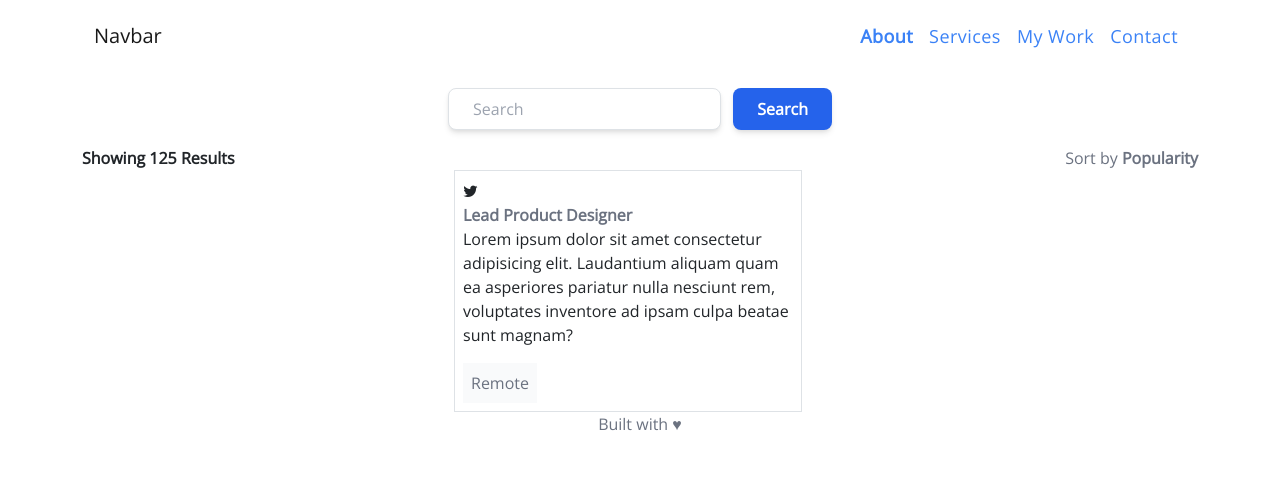
Repository: latenightsnacc/giggles
Page: HTML/search.html
An editor plug-in stored every save of this project. The page is shown before and after the next save, followed by the edit.
The browser window is 1280 px wide. The pictures show the whole page.
Some web libraries are served in a nearby version.

Above is the page before, as saved 2021-01-04 11:57:41.

### HTML/search.html
<!DOCTYPE html>
<html lang="en">
<head>
    <meta charset="UTF-8">
    <meta name="viewport" content="width=device-width, initial-scale=1.0">
    <link href="https://cdnjs.cloudflare.com/ajax/libs/tailwindcss/2.0.2/tailwind.min.css" rel="stylesheet">
    <link rel="stylesheet" href="https://stackpath.bootstrapcdn.com/font-awesome/4.7.0/css/font-awesome.min.css" />
    <link href="https://cdn.jsdelivr.net/npm/bootstrap@5.0.0-beta1/dist/css/bootstrap.min.css" rel="stylesheet" integrity="sha384-giJF6kkoqNQ00vy+HMDP7azOuL0xtbfIcaT9wjKHr8RbDVddVHyTfAAsrekwKmP1" crossorigin="anonymous">
    <link rel="stylesheet" href="stylesheet.css">
    <title>Search Page</title>
</head>
<body class="overflow-x-hidden">
    <!--Navigation-->
    <header class="container">
        <nav class="navbar navbar-expand-lg navbar-light bg-white py-3">
            <div class="container-fluid">
                <a class="navbar-brand" href="search.html">Navbar</a>
                <button class="navbar-toggler" type="button" data-bs-toggle="collapse" data-bs-target="#navbarNavDropdown" aria-controls="navbarNavDropdown" aria-expanded="false" aria-label="Toggle navigation">
                    <span class="navbar-toggler-icon"></span>
                </button>
                <div class="collapse navbar-collapse" id="navbarNavDropdown">
                    <ul class="navbar-nav ml-auto">
                    <li class="nav-item">
                        <a class="nav-link text-lg hover:underline hover:font-bold tracking-wide leading-5 active" aria-current="page" href="#">About</a>
                    </li>
                    <li class="nav-item">
                        <a class="nav-link text-lg hover:underline hover:font-bold tracking-wide leading-5" href="#">Services</a>
                    </li>
                    <li class="nav-item">
                        <a class="nav-link text-lg hover:underline hover:font-bold tracking-wide leading-5" href="#">My Work</a>
                    </li>
                    <li class="nav-item">
                        <a class="nav-link text-lg hover:underline hover:font-bold tracking-wide leading-5" href="#">Contact</a>
                    </li>
                    </ul>
                </div>
            </div>
        </nav>
    </header>
    <main>
        <!-- search form-->
        <div class="container">
            <form class="flex w-full max-w-sm mx-auto space-x-3 my-3">
                <input class="flex-1 appearance-none border border-transparent w-full py-2 px-4 bg-white text-gray-700 placeholder-gray-400 shadow-md rounded-lg text-base focus:outline-none focus:ring-2 focus:ring-blue-600 focus:border-transparent" type="search" placeholder="Search">
                <button class="flex-shrink-0 bg-blue-600 text-white text-base font-semibold py-2 px-4 rounded-lg shadow-md hover:bg-blue-700 focus:outline-none focus:ring-2 focus:ring-blue-500 focus:ring-offset-2 focus:ring-offset-blue-200" type="submit">
                  Search
                </button>
            </form>
        </div>

        <div class="container">
            <div class="flex flex-row w-100 justify-between">
                <div class="font-bold">Showing 125 Results</div>
                <div class="text-gray-500">Sort by <span class="font-semibold">Popularity</span> </div>
            </div>
        </div>

        <div class="container">
            <div class="row flex justify-center w-100">
                <div class="col-xs-12 col-sm-12 col-md-4 col-lg-4">
                    <div class="max-w-sm hover:shadow-2xl border p-2">
                        <i class="fa fa-twitter"></i>
                        <div class="text-gray-500 font-bold">Lead Product Designer</div>
                        <p>Lorem ipsum dolor sit amet consectetur adipisicing elit. Laudantium aliquam quam ea asperiores pariatur nulla nesciunt rem, voluptates inventore ad ipsam culpa beatae sunt magnam?</p>
                        <div class="flex flex-row justify-between">
                            <span class="bg-gray-50 text-gray-500 p-2">Remote</span>
                        </div>
                    </div>
                </div>
            </div>
        </div>
    </main>
    <footer class="text-center text-l text-blue-500 font-semibold">

        <p class="text-gray-500">Built with &hearts;</p>

    <script src="https://cdn.jsdelivr.net/npm/bootstrap@5.0.0-beta1/dist/js/bootstrap.bundle.min.js" integrity="sha384-ygbV9kiqUc6oa4msXn9868pTtWMgiQaeYH7/t7LECLbyPA2x65Kgf80OJFdroafW" crossorigin="anonymous"></script>

</body>
</html>

### HTML/stylesheet.css
@import url('https://fonts.googleapis.com/css2?family=Montserrat:wght@400;700&family=Open+Sans:wght@300;400&display=swap');

h1, h2, h3, h4, h5, h6 {
    font-family: 'Montserrat', sans-serif;
}
.user-info h1 {
    line-height: 60px;
    font-size: 50px;
    font-weight: 700;
    margin-top: 20px;
}
.user-info h2 {
    line-height: 27px;
    font-size: 18px;
    font-weight: 400;
    margin-top: 15px;
}
.user-info span {
    line-height: 36px;
    font-size: 30px;
    font-weight: 600;
}
.user-info p {
    margin: 5px 0;
}
.user-info button {
    margin-top: 10px;
}
p, div, a, button {
    font-family: 'Open Sans', sans-serif;
    font-weight: 300;
}

.work-experience .row:hover .text {
    border:2px solid  #3b82f6;

}
.work-experience .row:hover .flex .no {
    border:1px solid #3b82f6;

}
.nav-link {
    color: #3b82f6 !important;
}
.nav-item .active{
    font-weight: 600;
}

After the next save:
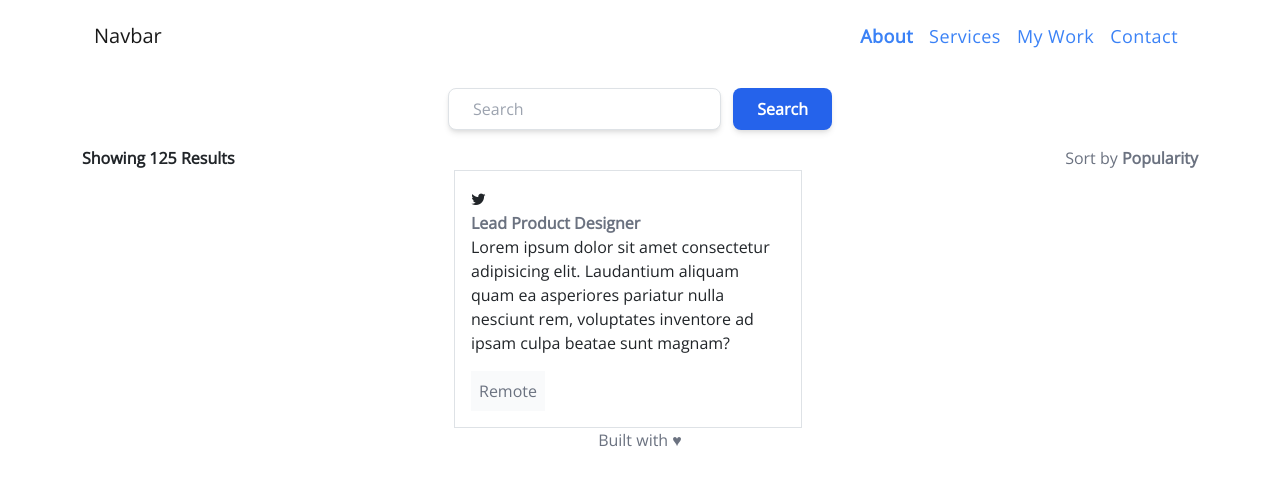
Saved 4 s later.
--- a/HTML/search.html
+++ b/HTML/search.html
@@ -58,7 +58,7 @@
         <div class="container">
             <div class="row flex justify-center w-100">
                 <div class="col-xs-12 col-sm-12 col-md-4 col-lg-4">
-                    <div class="max-w-sm hover:shadow-2xl border p-2">
+                    <div class="max-w-sm hover:shadow-2xl border p-3">
                         <i class="fa fa-twitter"></i>
                         <div class="text-gray-500 font-bold">Lead Product Designer</div>
                         <p>Lorem ipsum dolor sit amet consectetur adipisicing elit. Laudantium aliquam quam ea asperiores pariatur nulla nesciunt rem, voluptates inventore ad ipsam culpa beatae sunt magnam?</p>
